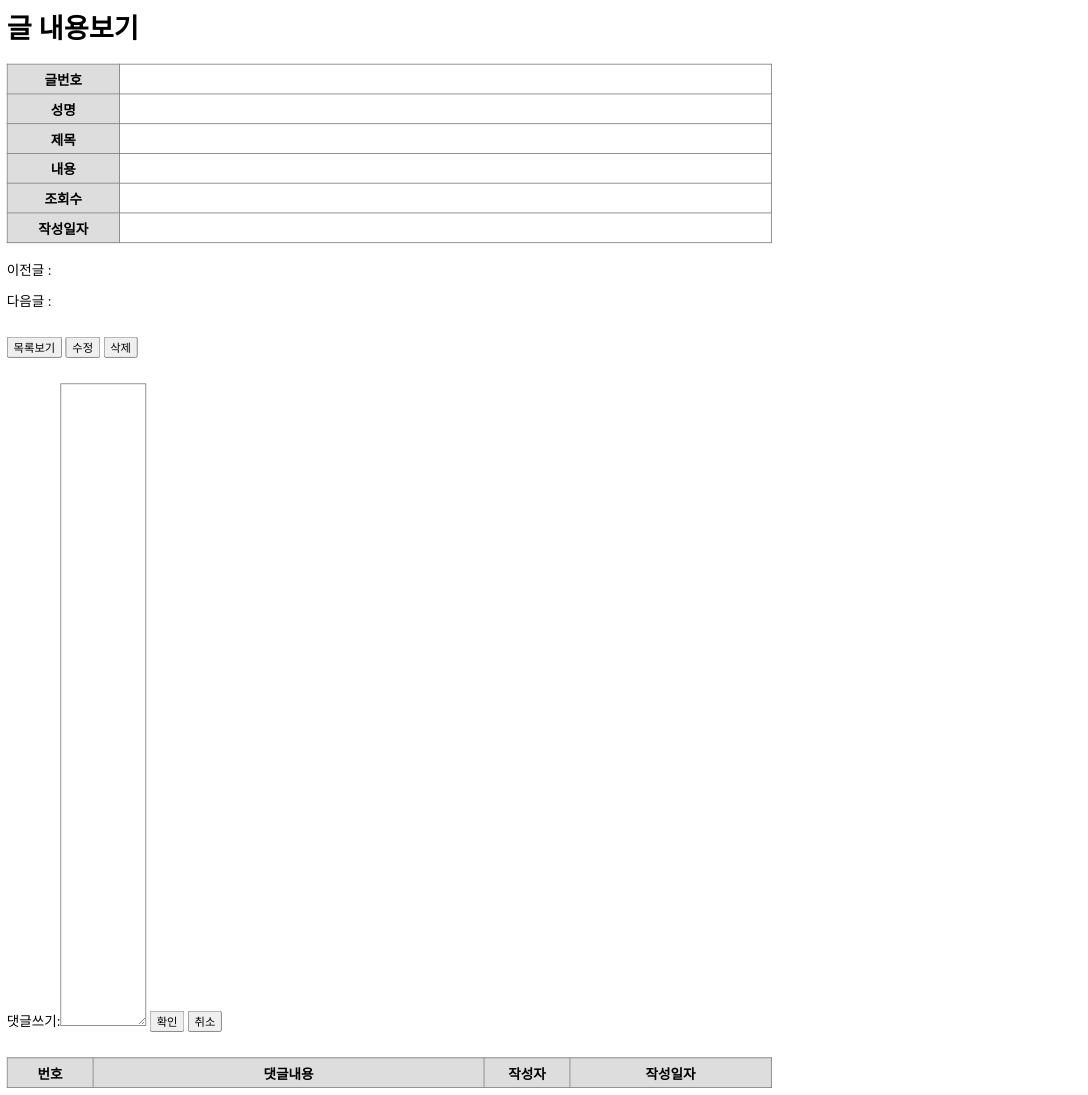
Repository: gold37/Spring
Page: http://localhost/Board/WEB-INF/views/tiles1/board/view.jsp
These files come from the project's save history. The page is drawn as it stood at one moment and after the next save; the edit follows.
The browser window is 1280 px wide. The pictures show the whole page, at 85% of full size.
The page is served by Tomcat 9. Nobody is signed in. The template is opened directly, without the code that normally fills it, so the values that code supplies are empty.

Above is the page before, as saved 2020-07-17 06:47:18.
Console error: ReferenceError: $ is not defined

After the next save:
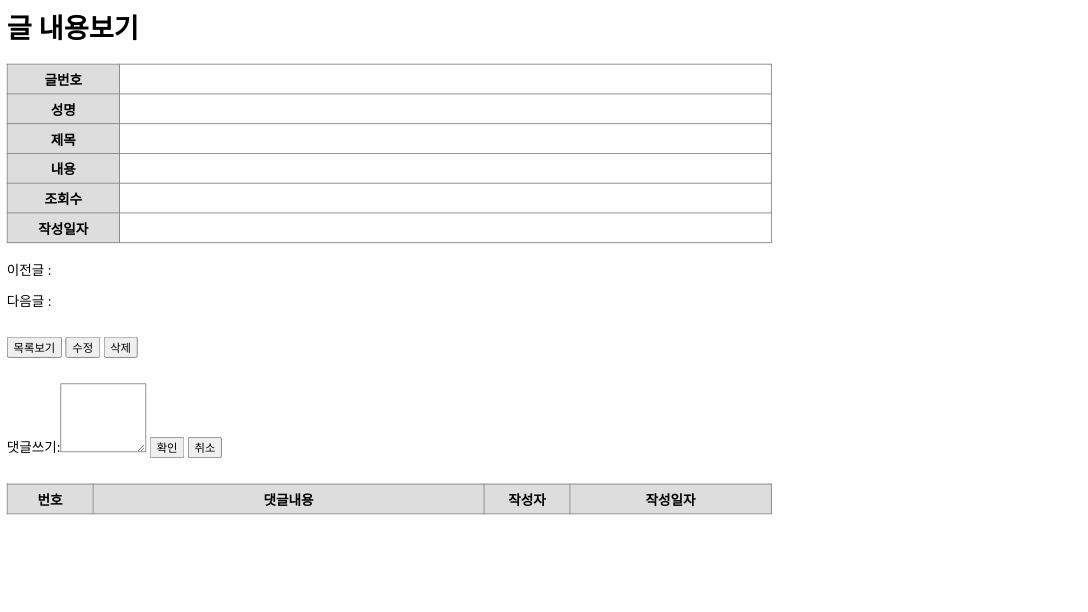
Saved 14 s later.
--- a/springworkspace/Board/src/main/webapp/WEB-INF/views/tiles1/board/view.jsp
+++ b/springworkspace/Board/src/main/webapp/WEB-INF/views/tiles1/board/view.jsp
@@ -96,7 +96,7 @@ a {text-decoration: none !important;}
 
 
 	<div style="margin-top: 30px;">
-		댓글쓰기:<textarea rows="50" cols="10"></textarea>
+		댓글쓰기:<textarea rows="5" cols="10"></textarea>
 		<button>확인</button>
 		<button>취소</button>
 	</div>
